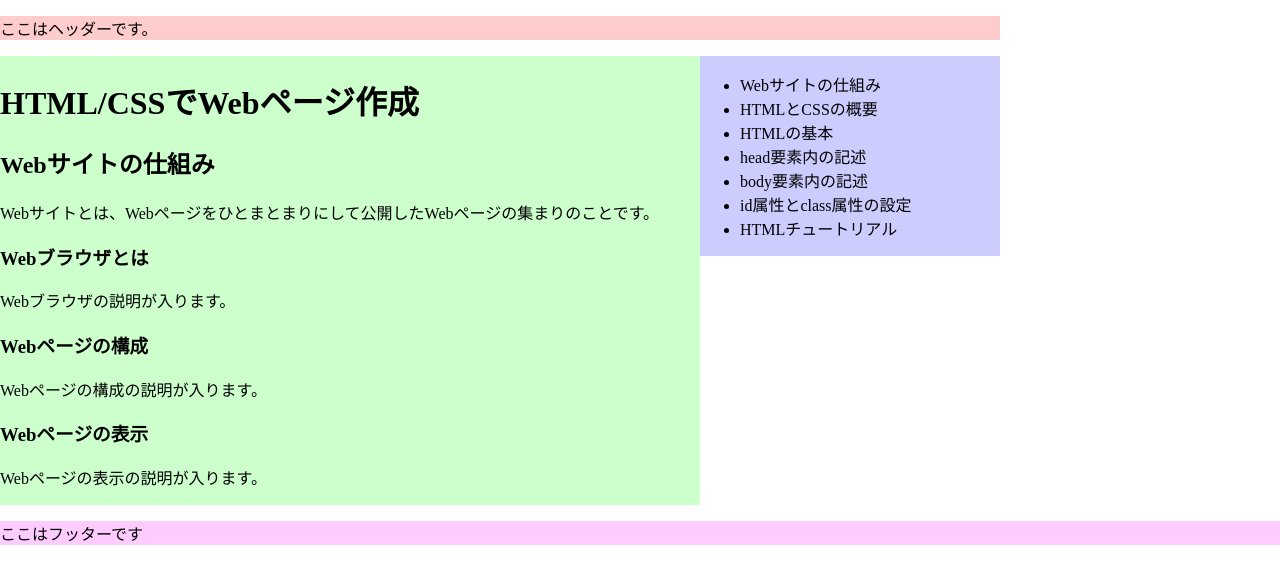
Repository: masahiko-morita/chat
Page: kadai/kadai-html.html
The author's editor kept a record of every edit. The page is drawn from the files as they stood at one moment, then again after the next edit.
The browser window is 1280 px wide. The pictures show the whole page.

Above is the page before.

After the next edit:
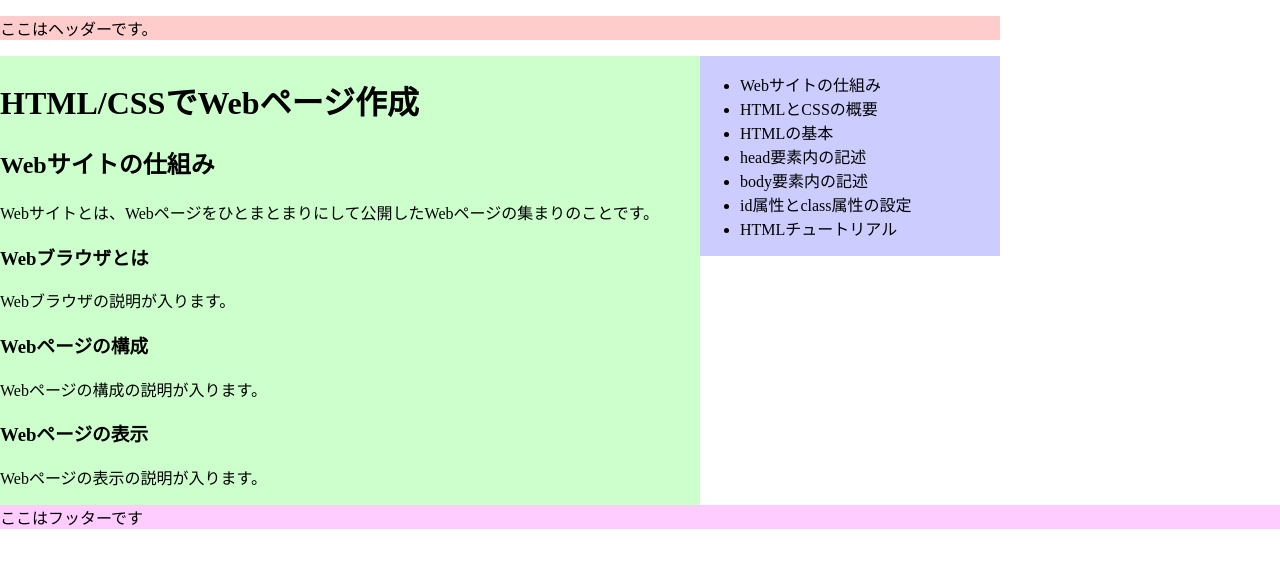
The edit:
--- a/kadai/kadai-html.html
+++ b/kadai/kadai-html.html
@@ -34,7 +34,7 @@
             </div>
         </div>
         <footer>
-            <p>ここはフッターです</p>
+            ここはフッターです
         </footer>
 
     </body>
